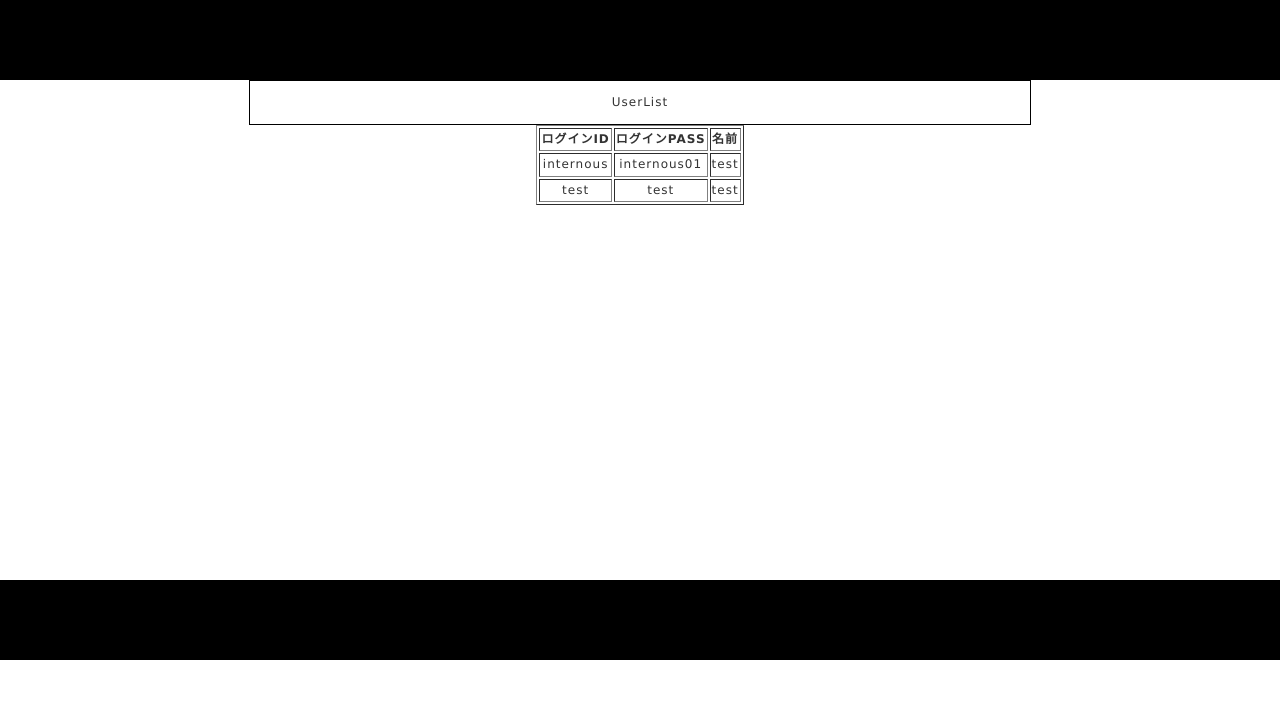
Repository: kazuki000/test
Page: http://localhost/ecsite/UserListAction.action
These files come from the project's save history. The page is drawn as it stood at one moment and after the next save; the edit follows.
The browser window is 1280 px wide. The pictures show the whole page.
The page is served by Tomcat 9. Other server files are loaded and not shown. The database holds what the project's SQL file puts in it.

Above is the page before, as saved 2019-05-03 11:42:36.

### ecsite/WebContent/userList.jsp
<%@ page language="java" contentType="text/html; charset=UTF-8"
    pageEncoding="UTF-8"%>
<%@ taglib prefix="s" uri="/struts-tags"%>
<!DOCTYPE html PUBLIC "-//W3C//DTD HTML 4.01 Transitional//EN" "http://www.w3.org/TR/html4/loose.dtd">
<html>
<head>
	<meta http-equiv="Content-Type" content="text/html; charset=UTF-8">
	<meta http-equiv="Content-Style-Type" content="text/css"/>
	<meta http-equiv="Content-Script-Type" content="text/javascript"/>
	<meta http-equiv="imagetoolbar" content="no"/>
	<meta http-equiv="description" content=""/>
	<meta http-equiv="keywords" content=""/>
	<title>userList.jsp</title>

	<style type="text/css">

	body{
		margin:0;
		padding:0;
		line-height:1.6;
		letter-spacing:1px;
		font-size:12px;
		font-family:Verdana,Helvetica,sans-serif;
		color:#333;
		background:#fff;
	}

	table{
		margin:0 auto;
		text-align:center;
	}

	#top{
		width:780px;
		margin:0 auto;
		border:1px solid black;
	}

	#header{
		width:100%;
		height:80px;
		background-color:black;
	}

	#main{
		width:100%;
		height:500px;
		text-align:center;
	}

	#footer{
		width:100%;
		height:80px;
		background-color:black;
	}

	</style>
</head>
<body>
	<div id="header">
			<div id="pr">
			</div>
	</div>
	<div id="main">
			<div id="top">
					<p>UserList</p>
			</div>
			<div>
				<table border="1">
						<tr>
							<th>ログインID</th>
							<th>ログインPASS</th>
							<th>名前</th>
						</tr>
						<s:iterator value="userInfoDTO">
						<tr>
							<td><s:property value="loginId"/></td>
							<td><s:property value="loginPass"/></td>
							<td><s:property value="userName"/></td>
						</tr>
						</s:iterator>
				</table>
			</div>
		</div>
		<div id="footer">
				<div id="pr">
				</div>
		</div>

</body>
</html>

### ecsite/src/com/internousdev/ecsite/dto/UserInfoDTO.java
package com.internousdev.ecsite.dto;

public class UserInfoDTO {

	private String loginId;
	private String loginPass;
	private String userName;

	public String getLoginId(){
		return loginId;
	}

	public void setLoginId(String loginId){
		this.loginId=loginId;
	}

	public String getLoginPass(){
		return loginPass;
	}

	public void setLoginPass(String loginPass){
		this.loginPass=loginPass;
	}

	public String getUserName(){
		return userName;
	}

	public void setUserName(String userName){
		this.userName=userName;
	}
}

### ecsite/src/com/internousdev/ecsite/dao/UserListDAO.java
package com.internousdev.ecsite.dao;

import java.sql.Connection;
import java.sql.PreparedStatement;
import java.sql.ResultSet;
import java.sql.SQLException;
import java.util.ArrayList;

import com.internousdev.ecsite.dto.UserInfoDTO;
import com.internousdev.ecsite.util.DBConnector;

public class UserListDAO {

	DBConnector dbconnector=new DBConnector();
	Connection connection=dbconnector.getConnection();
	ArrayList<UserInfoDTO> userInfoDTO=new ArrayList<UserInfoDTO>();

	public ArrayList<UserInfoDTO> getUserInfo()throws SQLException{

		String sql="select * from login_user_transaction";

		try{
			PreparedStatement preparedStatement=connection.prepareStatement(sql);
			ResultSet resultSet=preparedStatement.executeQuery();

			while(resultSet.next()){
				UserInfoDTO dto=new UserInfoDTO();
				dto.setLoginId(resultSet.getString("login_id"));
				dto.setLoginPass(resultSet.getString("login_pass"));
				dto.setUserName(resultSet.getString("user_name"));
				userInfoDTO.add(dto);
			}
		}catch(Exception e){
			e.printStackTrace();
		}finally{
			connection.close();
		}
		return userInfoDTO;
	}

}

### ecsite/src/com/internousdev/ecsite/util/DBConnector.java
package com.internousdev.ecsite.util;

import java.sql.Connection;
import java.sql.DriverManager;
import java.sql.SQLException;

public class DBConnector {
	private static String driverName="com.mysql.jdbc.Driver";
	private static String url="jdbc:mysql://localhost/ecsite";

	private static String user="root";
	private static String password="mysql";

	public Connection getConnection(){
		Connection con=null;

	try{
		Class.forName(driverName);
		con=(Connection)DriverManager.getConnection(url,user,password);

	}catch(ClassNotFoundException e){
		e.printStackTrace();
	}catch(SQLException e){
		e.printStackTrace();
	}

	return con;
	}

}

### ecsite/sql/ecsite.sql (the tables this page reads)
create table login_user_transaction(
  id int not null primary key auto_increment,
  login_id varchar(16),
  login_pass varchar(16),
  user_name varchar(50),
  insert_date datetime,
  update_date datetime,
  admin_flg varchar(1)
);

INSERT INTO login_user_transaction(login_id, login_pass, user_name, admin_flg) VALUES("internous","internous01", "test",1);

INSERT INTO login_user_transaction(login_id, login_pass, user_name, admin_flg) VALUES("test","test", "test",0);

After the next save:
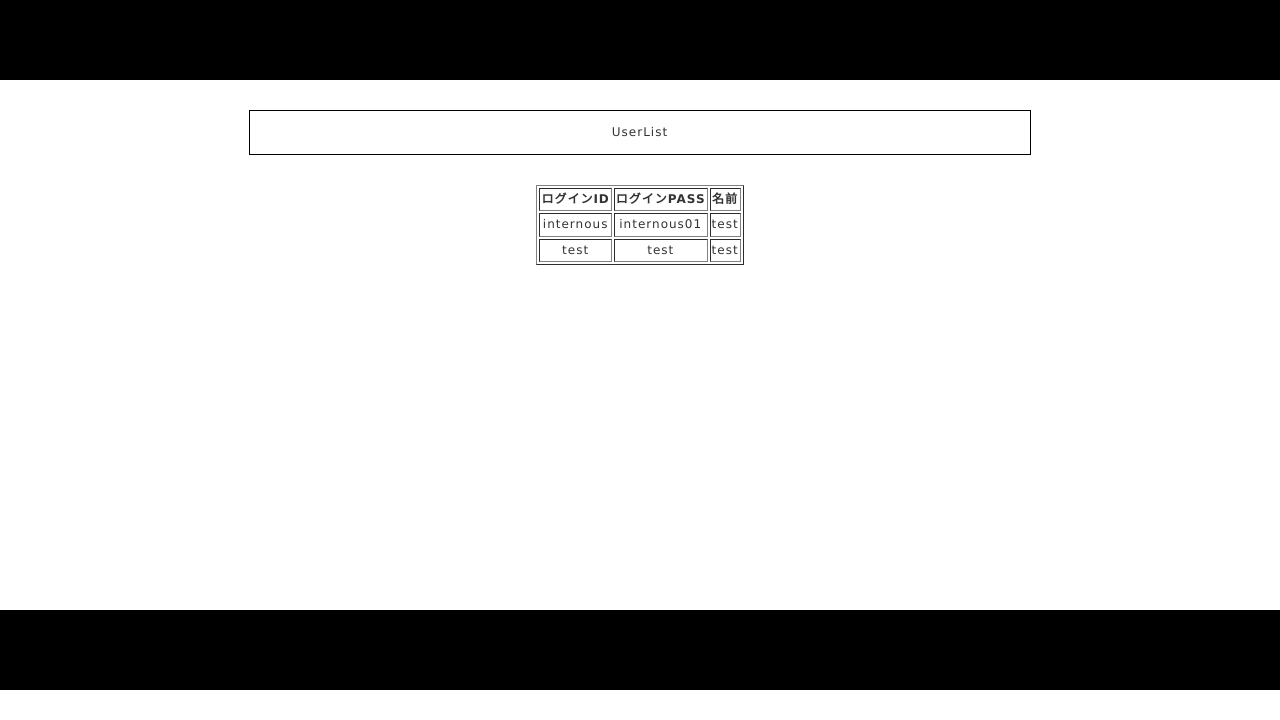
Saved 3 min 44 s later.
--- a/ecsite/WebContent/userList.jsp
+++ b/ecsite/WebContent/userList.jsp
@@ -32,7 +32,7 @@
 
 	#top{
 		width:780px;
-		margin:0 auto;
+		margin:30px auto;
 		border:1px solid black;
 	}
 
